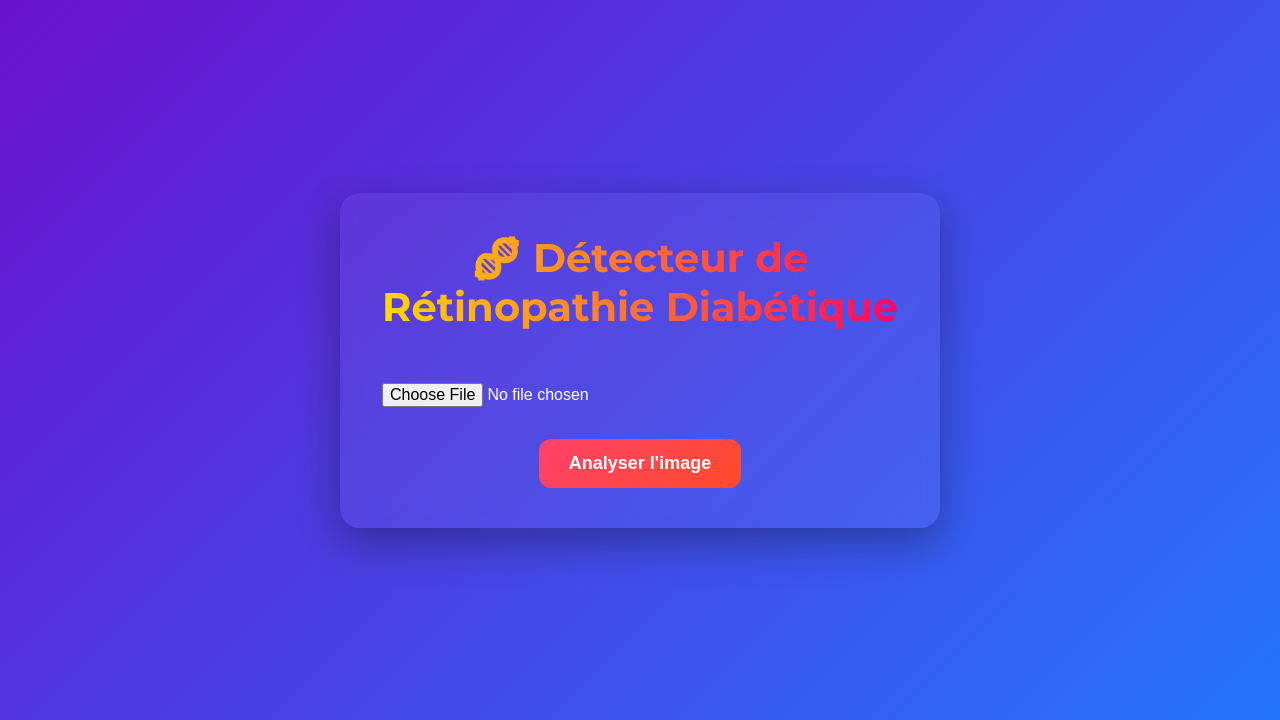
Repository: Nour-el-houda34/Diabetic-Retinopathy
Page: http://localhost/
An editor plug-in stored every save of this project. The page is shown before and after the next save, followed by the edit.
The browser window is 1280 px wide. The pictures show the whole page.
The page is served by the project's application, run on Flask 3 (app.py).

Above is the page before, as saved 2025-11-25 17:47:26.

After the next save:
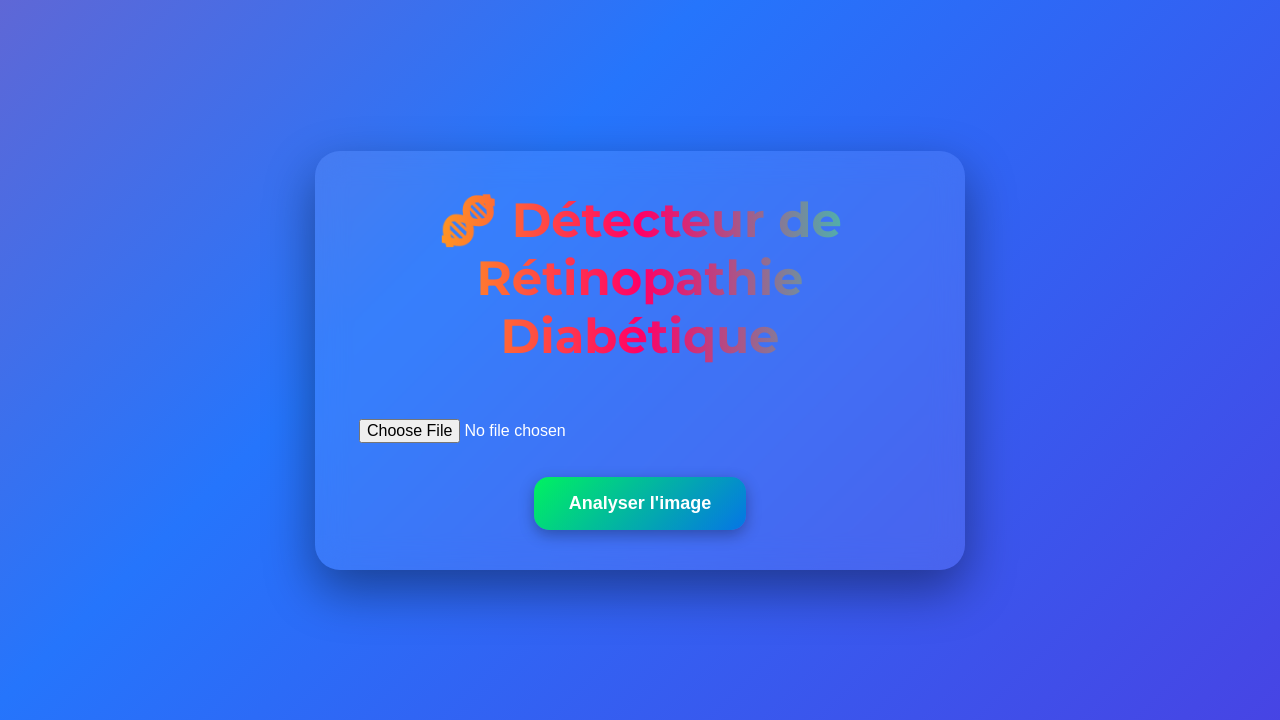
Saved 2 min 44 s later.
--- a/templates/index.html
+++ b/templates/index.html
@@ -8,107 +8,106 @@
     * { margin:0; padding:0; box-sizing:border-box; }
     body {
         font-family: 'Montserrat', sans-serif;
-        height: 100vh;
+        min-height: 100vh;
         display: flex;
         justify-content: center;
         align-items: center;
-        background: linear-gradient(135deg, #6a11cb 0%, #2575fc 100%);
+        background: linear-gradient(-45deg, #6a11cb, #2575fc, #ff416c, #ff4b2b);
+        background-size: 400% 400%;
+        animation: gradientBG 15s ease infinite;
         color: #fff;
-        overflow: hidden;
+    }
+
+    @keyframes gradientBG {
+        0% { background-position: 0% 50%; }
+        50% { background-position: 100% 50%; }
+        100% { background-position: 0% 50%; }
     }
 
     .container {
-        background: rgba(255,255,255,0.05);
-        backdrop-filter: blur(10px);
+        background: rgba(255,255,255,0.08);
+        backdrop-filter: blur(15px);
         padding: 40px 30px;
-        border-radius: 20px;
+        border-radius: 25px;
         text-align: center;
         width: 90%;
-        max-width: 600px;
-        box-shadow: 0 15px 40px rgba(0,0,0,0.3);
+        max-width: 650px;
+        box-shadow: 0 20px 50px rgba(0,0,0,0.4);
         animation: fadeIn 1s ease-in-out;
     }
 
     h1 {
-        font-size: 2.5rem;
+        font-size: 3rem;
         margin-bottom: 20px;
-        background: linear-gradient(90deg,#ffdd00,#ff0066);
+        background: linear-gradient(90deg,#ffdd00,#ff0066,#00ffcc);
         -webkit-background-clip: text;
         -webkit-text-fill-color: transparent;
+        animation: shine 2s infinite linear;
+    }
+
+    @keyframes shine {
+        0% { background-position: 0% }
+        100% { background-position: 200% }
     }
 
     input[type=file] {
         margin: 20px 0;
-        padding: 12px;
-        border-radius: 10px;
+        padding: 14px;
+        border-radius: 12px;
         border: none;
         font-size: 16px;
         width: 100%;
         cursor: pointer;
-        transition: transform 0.3s;
+        transition: transform 0.3s, box-shadow 0.3s;
     }
     input[type=file]:hover {
         transform: scale(1.05);
+        box-shadow: 0 6px 20px rgba(0,0,0,0.3);
     }
 
     button {
-        padding: 14px 30px;
+        padding: 16px 35px;
         font-size: 18px;
         cursor: pointer;
         border: none;
-        border-radius: 12px;
-        background: linear-gradient(135deg, #ff416c, #ff4b2b);
+        border-radius: 15px;
+        background: linear-gradient(135deg, #00f260, #0575e6);
         color: #fff;
         font-weight: bold;
         transition: transform 0.3s, box-shadow 0.3s;
+        box-shadow: 0 5px 15px rgba(0,0,0,0.3);
     }
     button:hover {
-        transform: scale(1.05);
-        box-shadow: 0 8px 20px rgba(0,0,0,0.3);
+        transform: scale(1.1);
+        box-shadow: 0 10px 25px rgba(0,0,0,0.5);
     }
 
     img {
         max-width: 100%;
         margin: 25px 0;
-        border-radius: 15px;
-        box-shadow: 0 10px 25px rgba(0,0,0,0.3);
+        border-radius: 20px;
+        box-shadow: 0 15px 40px rgba(0,0,0,0.5);
         animation: popIn 0.6s ease;
+        transition: transform 0.3s;
     }
+    img:hover { transform: scale(1.02); }
 
     .result {
-        font-size: 22px;
+        font-size: 24px;
         font-weight: 700;
         margin-top: 20px;
-        padding: 15px;
-        border-radius: 12px;
-        background: rgba(255,255,255,0.2);
+        padding: 18px;
+        border-radius: 15px;
         color: #fff;
         transition: all 0.3s;
     }
 
-    .probabilities {
-        margin-top: 20px;
-        text-align: left;
-        background: rgba(255,255,255,0.15);
-        padding: 15px;
-        border-radius: 12px;
-        font-size: 16px;
-    }
+    .Healthy { background: #28a745; }
+    .Mild { background: #ffc107; }
+    .Moderate { background: #fd7e14; }
+    .Severe { background: #dc3545; }
+    .Proliferate { background: #8e44ad; }
 
-    .probabilities li {
-        margin-bottom: 6px;
-        list-style: none;
-        padding-left: 10px;
-        position: relative;
-    }
-    .probabilities li::before {
-        content: "•";
-        color: #ffdd00;
-        position: absolute;
-        left: 0;
-    }
-
-    /* Animations */
     @keyframes fadeIn {
         from { opacity: 0; transform: translateY(-20px);}
         to { opacity: 1; transform: translateY(0);}
@@ -130,19 +129,11 @@
     </form>
 
     {% if image_path %}
-        <img src="{{ image_path }}" alt="Image sélectionnée">
+        <img src="{{ url_for('static', filename='uploads/' + image_path) }}" alt="Image sélectionnée">
     {% endif %}
 
     {% if result %}
-        <div class="result">{{ result }}</div>
-    {% endif %}
-
-    {% if probabilities %}
-        <ul class="probabilities">
-            {% for cls, prob in probabilities.items() %}
-                <li>{{ cls }} : {{ "%.2f"|format(prob*100) }}%</li>
-            {% endfor %}
-        </ul>
+        <div class="result {{ class_name }}">{{ result }}</div>
     {% endif %}
 </div>
 </body>
